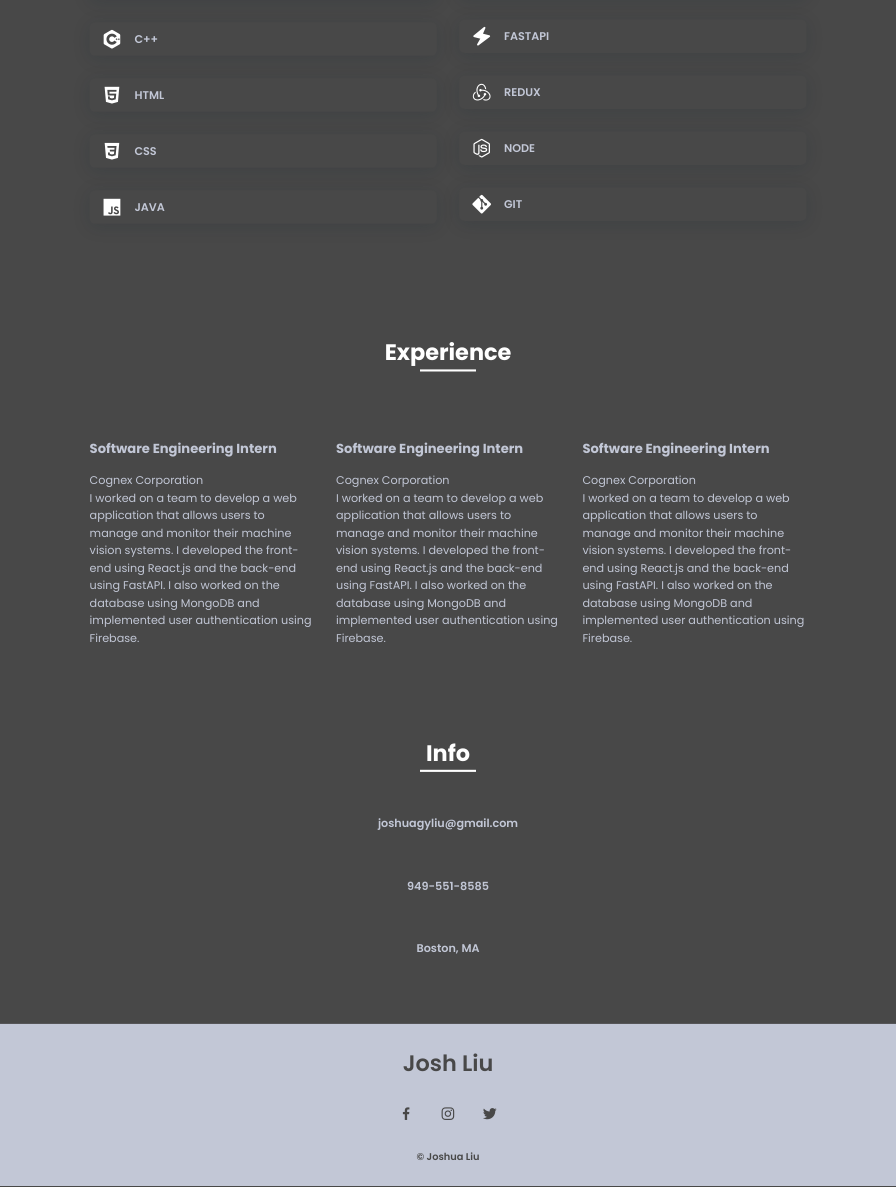
Repository: joshliu14/joshliu14.github.io
Page: index.html
The author's editor kept a copy of each file at every save. The page is drawn from the files as they stood at one save, then again after the next save.
The browser window is 1280 px wide. The pictures show the part of the page from y = 1764 to 3684 px (the page is 3459 px tall before and 3684 px after), at 70% of full size.

Above is the page before, as saved 2024-02-01 00:37:56.

### index.html
<!DOCTYPE html>
<html lang="en">
  <head>
    <meta charset="UTF-8" />
    <meta name="viewport" content="width=device-width, initial-scale=1.0" />

    <link rel="stylesheet" href="assets/css/web.css" />

    <!-- =====BOX ICONS===== -->
    <link
      href="https://unpkg.com/boxicons@2.1.4/css/boxicons.min.css"
      rel="stylesheet"
    />

    <title>Joshua Liu</title>
  </head>
  <body>
    <!--===== HEADER =====-->
    <header class="l-header">
      <nav class="nav bd-grid">
        <div>
          <a href="#" class="nav__logo">Joshua Liu</a>
        </div>

        <div class="nav__menu" id="nav-menu">
          <ul class="nav__list">
            <li class="nav__item">
              <a href="#home" class="nav__link active-link">Home</a>
            </li>
            <li class="nav__item">
              <a href="#about" class="nav__link">About</a>
            </li>
            <li class="nav__item">
              <a href="#skills" class="nav__link">Skills</a>
            </li>
            <li class="nav__item">
              <a href="#work" class="nav__link">Experience</a>
            </li>
            <li class="nav__item">
              <a href="#contact" class="nav__link">Info</a>
            </li>
          </ul>
        </div>

        <div class="nav__toggle" id="nav-toggle">
          <i class="bx bx-menu"></i>
        </div>
      </nav>
    </header>

    <main class="l-main">
      <!--===== HOME =====-->
      <section class="home bd-grid" id="home">
        <div class="home__data">
          <h1 class="home__title">
            Hi,<br />I'm <span class="home__title-color">Josh</span><br />
          </h1>

          <a href="resume.pdf" class="button">Resume</a>
        </div>

        <div class="home__social">
          <a
            href="https://www.linkedin.com/in/joshua-liu-727847208/"
            class="home__social-icon"
            ><i class="bx bxl-linkedin"></i
          ></a>
          <a href="" class="home__social-icon"
            ><i class="bx bxl-behance"></i
          ></a>
          <a href="https://github.com/joshliu14" class="home__social-icon"
            ><i class="bx bxl-github"></i
          ></a>
        </div>

        <div class="home__img">
          <svg
            class="home__blob"
            viewBox="0 0 479 467"
            xmlns="http://www.w3.org/2000/svg"
            xmlns:xlink="http://www.w3.org/1999/xlink"
          >
            <mask id="mask0" mask-type="alpha">
              <path
                d="M9.19024 145.964C34.0253 76.5814 114.865 54.7299 184.111 29.4823C245.804 6.98884 311.86 -14.9503 370.735 14.143C431.207 44.026 467.948 107.508 477.191 174.311C485.897 237.229 454.931 294.377 416.506 344.954C373.74 401.245 326.068 462.801 255.442 466.189C179.416 469.835 111.552 422.137 65.1576 361.805C17.4835 299.81 -17.1617 219.583 9.19024 145.964Z"
              />
            </mask>
            <g mask="url(#mask0)">
              <path
                d="M9.19024 145.964C34.0253 76.5814 114.865 54.7299 184.111 29.4823C245.804 6.98884 311.86 -14.9503 370.735 14.143C431.207 44.026 467.948 107.508 477.191 174.311C485.897 237.229 454.931 294.377 416.506 344.954C373.74 401.245 326.068 462.801 255.442 466.189C179.416 469.835 111.552 422.137 65.1576 361.805C17.4835 299.81 -17.1617 219.583 9.19024 145.964Z"
              />
              <image
                class="home__blob-img"
                x="30"
                y="65"
                href="assets/img/profile.png"
              />
            </g>
          </svg>
        </div>
      </section>

      <!--===== ABOUT =====-->
      <section class="about section" id="about">
        <h2 class="section-title">About</h2>

        <div class="about__container bd-grid">
          <div class="about__img">
            <img src="assets/img/about.png" alt="" />
          </div>

          <div>
            <h2 class="about__subtitle">I'm Josh</h2>
            <p class="about__text">
              I am currently a sophomore at Brandeis University pursuing a
              degree in Computer Science and Applied Mathematics. I am eager to
              contribute my programming skills to real-world scenarios, and I am
              actively seeking software engineering internship opportunities. My
              goal is to enhance my knowledge, apply theoretical concepts in
              practical settings, and contribute meaningfully to innovative
              projects.
            </p>
          </div>
        </div>
      </section>

      <!--===== SKILLS =====-->
      <section class="skills section" id="skills">
        <h2 class="section-title">Skills</h2>

        <div class="skills__container bd-grid">
          <div>
            <h2 class="skills__subtitle">Programming/Framework/Software Skills</h2>
            <p class="skills__text">
                I have experience with the following programming languages and
                frameworks. I am also familiar with software such as Git and
                Firebase. I am always eager to learn new technologies, languages,
                and frameworks to expand my skillset.
            </p>
            <div class="skills__data">
              <div class="skills__names">
                <i class="bx bxl-java skills__icon"></i>
                <span class="skills__name">JAVA</span>
              </div>
            </div>
            <div class="skills__data">
              <div class="skills__names">
                <i class="bx bxl-javascript skills__icon"></i>
                <span class="skills__name">JAVASCRIPT</span>
              </div>
            </div>
            <div class="skills__data">
              <div class="skills__names">
                <i class="bx bxl-python skills__icon"></i>
                <span class="skills__name">PYTHON</span>
              </div>
            </div>
            <div class="skills__data">
              <div class="skills__names">
                <i class="bx bxl-c-plus-plus skills__icon"></i>
                <span class="skills__name">C++</span>
              </div>
            </div>
            <div class="skills__data">
              <div class="skills__names">
                <i class="bx bxl-html5 skills__icon"></i>
                <span class="skills__name">HTML</span>
              </div>
            </div>
            <div class="skills__data">
              <div class="skills__names">
                <i class="bx bxl-css3 skills__icon"></i>
                <span class="skills__name">CSS</span>
              </div>
            </div>
            <div class="skills__data">
              <div class="skills__names">
                <i class="bx bxl-javascript skills__icon"></i>
                <span class="skills__name">JAVA</span>
              </div>
            </div>
          </div>
          <div class="skills__column2">
            <div class="skills__data">
              <div class="skills__names">
                <i class="bx bxl-react skills__icon"></i>
                <span class="skills__name">REACT.JS</span>
              </div>
            </div>
            <div class="skills__data">
              <div class="skills__names">
                <i class="bx bxl-firebase skills__icon"></i>
                <span class="skills__name">FIREBASE</span>
              </div>
            </div>
            <div class="skills__data">
              <div class="skills__names">
                <i class="bx bxl-mongodb skills__icon"></i>
                <span class="skills__name">MONGODB</span>
              </div>
            </div>
            <div class="skills__data">
              <div class="skills__names">
                <i class="bx bxs-zap skills__icon"></i>
                <span class="skills__name">FASTAPI</span>
              </div>
            </div>
            <div class="skills__data">
              <div class="skills__names">
                <i class="bx bxl-redux skills__icon"></i>
                <span class="skills__name">REDUX</span>
              </div>
            </div>
            <div class="skills__data">
              <div class="skills__names">
                <i class="bx bxl-nodejs skills__icon"></i>
                <span class="skills__name">NODE</span>
              </div>
            </div>
            <div class="skills__data">
              <div class="skills__names">
                <i class="bx bxl-git skills__icon"></i>
                <span class="skills__name">GIT</span>
              </div>
            </div>
          </div>
      </section>

      <!--===== Experience =====-->
      <section class="work section" id="work">
        <h2 class="section-title">Experience</h2>

        <div class="work__container bd-grid">
                <div>
                <h3 class="work__title">Software Engineering Intern</h3>
                <span class="work__subtitle">Cognex Corporation</span>
                <p class="work__description">
                    I worked on a team to develop a web application that allows
                    users to manage and monitor their machine vision systems. I
                    developed the front-end using React.js and the back-end using
                    FastAPI. I also worked on the database using MongoDB and
                    implemented user authentication using Firebase.
                </p>
                </div>
                <div>
                <h3 class="work__title">Software Engineering Intern</h3>
                <span class="work__subtitle">Cognex Corporation</span>
                <p class="work__description">
                    I worked on a team to develop a web application that allows
                    users to manage and monitor their machine vision systems. I
                    developed the front-end using React.js and the back-end using
                    FastAPI. I also worked on the database using MongoDB and
                    implemented user authentication using Firebase.
                </p>
                </div>
                <div>
                <h3 class="work__title">Software Engineering Intern</h3>
                <span class="work__subtitle">Cognex Corporation</span>
                <p class="work__description">
                    I worked on a team to develop a web application that allows
                    users to manage and monitor their machine vision systems. I
                    developed the front-end using React.js and the back-end using
                    FastAPI. I also worked on the database using MongoDB and
                    implemented user authentication using Firebase.
                </p>
                </div>
            </div>
        </div>
      </section>

      <!--===== CONTACT =====-->
      <section class="contact section" id="contact">
        <h2 class="section-title">Info</h2>
        <p class="contact__input">joshuagyliu@gmail.com</p>
        <p class="contact__input">949-551-8585</p>
        <p class="contact__input">Boston, MA</p>
      </section>
    </main>

    <!--===== FOOTER =====-->
    <footer class="footer">
      <p class="footer__title">Josh Liu</p>
      <div class="footer__social">
        <a href="https://www.facebook.com/josh.liu.9847" class="footer__icon"
          ><i class="bx bxl-facebook"></i
        ></a>
        <a href="https://www.instagram.com/joshliu_" class="footer__icon"
          ><i class="bx bxl-instagram"></i
        ></a>
        <a href="https://twitter.com/jahliu" class="footer__icon"
          ><i class="bx bxl-twitter"></i
        ></a>
      </div>
      <p class="footer__copy">&#169; Joshua Liu</p>
    </footer>

    <!--===== SCROLL REVEAL =====-->
    <script src="https://unpkg.com/scrollreveal"></script>

    <!--===== MAIN JS =====-->
    <script src="assets/js/main.js"></script>
  </body>
</html>

### assets/css/web.css
/*===== GOOGLE FONTS =====*/
@import url("https://fonts.googleapis.com/css2?family=Poppins:wght@400;600;700&display=swap");
/*===== VARIABLES CSS =====*/
:root {
  --header-height: 3rem;
  --font-semi: 600;
  /*===== Colores =====*/
  /*Purple 260 - Red 355 - Blue 224 - Pink 340*/
  /* HSL color mode */
  --hue-color: 224;
  --first-color: hsl(var(--hue-color), 0%, 100%);
  --second-color: hsl(var(--hue-color), 20%, 80%);
  /*===== Fuente y tipografia =====*/
  --body-font: "Poppins", sans-serif;
  --big-font-size: 2rem;
  --h2-font-size: 1.25rem;
  --normal-font-size: 0.938rem;
  --smaller-font-size: 0.75rem;
  /*===== Margenes =====*/
  --mb-2: 1rem;
  --mb-4: 2rem;
  --mb-5: 2.5rem;
  --mb-6: 3rem;
  /*===== z index =====*/
  --z-back: -10;
  --z-fixed: 100;
}
@media screen and (min-width: 968px) {
  :root {
    --big-font-size: 3.5rem;
    --h2-font-size: 2rem;
    --normal-font-size: 1rem;
    --smaller-font-size: 0.875rem;
  }
}

/*===== BASE =====*/
*,
::before,
::after {
  box-sizing: border-box;
}

html {
  scroll-behavior: smooth;
}

body {
  margin: var(--header-height) 0 0 0;
  font-family: var(--body-font);
  font-size: var(--normal-font-size);
  color: var(--second-color);
  background-color: #484848;
}

h1,
h2,
p {
  margin: 0;
}

ul {
  margin: 0;
  padding: 0;
  list-style: none;
}

a {
  text-decoration: none;
}

img {
  max-width: 100%;
  height: auto;
  display: block;
}

/*===== CLASS CSS ===== */
.section-title {
  position: relative;
  font-size: var(--h2-font-size);
  color: var(--first-color);
  margin-top: var(--mb-2);
  margin-bottom: var(--mb-4);
  text-align: center;
}
.section-title::after {
  position: absolute;
  content: "";
  width: 64px;
  height: 0.18rem;
  left: 0;
  right: 0;
  margin: auto;
  top: 2rem;
  background-color: var(--first-color);
}

.section {
  padding-top: 3rem;
  padding-bottom: 2rem;
}

/*===== LAYOUT =====*/
.bd-grid {
  max-width: 1024px;
  display: grid;
  margin-left: var(--mb-2);
  margin-right: var(--mb-2);
}

.l-header {
  width: 100%;
  position: fixed;
  top: 0;
  left: 0;
  z-index: var(--z-fixed);
  background-color: #484848;
  box-shadow: 0 1px 4px rgba(146, 161, 176, 0.15);
}

/*===== NAV =====*/
.nav {
  height: var(--header-height);
  display: flex;
  justify-content: space-between;
  align-items: center;
  font-weight: var(--font-semi);
}
@media screen and (max-width: 767px) {
  .nav__menu {
    position: fixed;
    top: var(--header-height);
    right: -100%;
    width: 80%;
    height: 100%;
    padding: 2rem;
    background-color: var(--second-color);
    transition: 0.5s;
  }
}
.nav__item {
  margin-bottom: var(--mb-4);
}
.nav__link {
  position: relative;
  color: #fff;
}
.nav__link:hover {
  position: relative;
}
.nav__link:hover::after {
  position: absolute;
  content: "";
  width: 100%;
  height: 0.18rem;
  left: 0;
  top: 2rem;
  background-color: var(--first-color);
}
.nav__logo {
  color: var(--second-color);
}
.nav__toggle {
  color: var(--second-color);
  font-size: 1.5rem;
  cursor: pointer;
}

/*Active menu*/
.active-link::after {
  position: absolute;
  content: "";
  width: 100%;
  height: 0.18rem;
  left: 0;
  top: 2rem;
  background-color: var(--first-color);
}

/*=== Show menu ===*/
.show {
  right: 0;
}

/*===== HOME =====*/
.home {
  position: relative;
  row-gap: 5rem;
  padding: 4rem 0 5rem;
}
.home__data {
  align-self: center;
}
.home__title {
  font-size: var(--big-font-size);
  margin-bottom: var(--mb-5);
}
.home__title-color {
  color: var(--first-color);
}
.home__social {
  display: flex;
  flex-direction: column;
}
.home__social-icon {
  width: max-content;
  margin-bottom: var(--mb-2);
  font-size: 1.5rem;
  color: var(--second-color);
}
.home__social-icon:hover {
  color: var(--first-color);
}
.home__img {
  position: absolute;
  right: 0;
  bottom: 0;
  width: 260px;
}
.home__blob {
  fill: var(--first-color);
}
.home__blob-img {
  width: 400px;
}

/*BUTTONS*/
.button {
  display: inline-block;
  background-color: var(--first-color);
  color: #000000;
  padding: 0.75rem 2.5rem;
  font-weight: var(--font-semi);
  border-radius: 0.5rem;
  transition: 0.3s;
}
.button:hover {
  box-shadow: 0px 10px 36px rgba(0, 0, 0, 0.15);
}

/* ===== ABOUT =====*/
.about__container {
  row-gap: 2rem;
  text-align: center;
}
.about__subtitle {
  margin-bottom: var(--mb-2);
}
.about__img {
  justify-self: center;
}
.about__img img {
  width: 200px;
  border-radius: 0.5rem;
}

/* ===== SKILLS =====*/
.skills__container {
  row-gap: 2rem;
  text-align: center;
}
.skills__column2 {
  margin-top: 210px;
}
.skills__subtitle {
  margin-bottom: var(--mb-2);
}
.skills__text {
  margin-bottom: var(--mb-4);
}
.skills__data {
  display: flex;
  justify-content: space-between;
  align-items: center;
  position: relative;
  font-weight: var(--font-semi);
  padding: 0.5rem 1rem;
  margin-bottom: var(--mb-4);
  border-radius: 0.5rem;
  box-shadow: 0px 4px 25px rgba(14, 36, 49, 0.15);
}
.skills__icon {
  font-size: 2rem;
  margin-right: var(--mb-2);
  color: var(--first-color);
}
.skills__names {
  display: flex;
  align-items: center;
}
.skills__bar {
  position: absolute;
  left: 0;
  bottom: 0;
  background-color: var(--first-color);
  height: 0.25rem;
  border-radius: 0.5rem;
  z-index: var(--z-back);
}
.skills__html {
  width: 95%;
}
.skills__css {
  width: 85%;
}
.skills__js {
  width: 65%;
}
.skills__ux {
  width: 85%;
}
.skills__img {
  border-radius: 0.5rem;
}

/* ===== WORK =====*/
.work__container {
  row-gap: 2rem;
}
.work__img {
  box-shadow: 0px 4px 25px rgba(14, 36, 49, 0.15);
  border-radius: 0.5rem;
  overflow: hidden;
}
.work__img img {
  transition: 1s;
}
.work__img img:hover {
  transform: scale(1.1);
}

/* ===== CONTACT =====*/
.contact__input {
  text-align: center;
  font-size: var(--normal-font-size);
  font-weight: var(--font-semi);
  padding: 1rem;
  margin-bottom: var(--mb-4);
}

/* ===== FOOTER =====*/
.footer {
  background-color: var(--second-color);
  color: #484848;
  text-align: center;
  font-weight: var(--font-semi);
  padding: 2rem 0;
}
.footer__title {
  font-size: 2rem;
  margin-bottom: var(--mb-4);
}
.footer__social {
  margin-bottom: var(--mb-4);
}
.footer__icon {
  font-size: 1.5rem;
  color: #484848;
  margin: 0 var(--mb-2);
}
.footer__copy {
  font-size: var(--smaller-font-size);
}

/* ===== MEDIA QUERIES=====*/
@media screen and (max-width: 320px) {
  .home {
    row-gap: 2rem;
  }
  .home__img {
    width: 200px;
  }
}
@media screen and (min-width: 576px) {
  .home {
    padding: 4rem 0 2rem;
  }
  .home__social {
    padding-top: 0;
    padding-bottom: 2.5rem;
    flex-direction: row;
    align-self: flex-end;
  }
  .home__social-icon {
    margin-bottom: 0;
    margin-right: var(--mb-4);
  }
  .home__img {
    width: 300px;
    bottom: 25%;
  }
  .about__container {
    grid-template-columns: repeat(2, 1fr);
    align-items: center;
    text-align: initial;
  }
  .skills__container {
    grid-template-columns: 0.7fr;
    justify-content: center;
    column-gap: 1rem;
  }
  .work__container {
    grid-template-columns: repeat(2, 1fr);
    column-gap: 2rem;
    padding-top: 2rem;
  }
}
@media screen and (min-width: 768px) {
  body {
    margin: 0;
  }
  .section {
    padding-top: 4rem;
    padding-bottom: 3rem;
  }
  .section-title {
    margin-bottom: var(--mb-6);
  }
  .section-title::after {
    width: 80px;
    top: 3rem;
  }
  .nav {
    height: calc(var(--header-height) + 1.5rem);
  }
  .nav__list {
    display: flex;
    padding-top: 0;
  }
  .nav__item {
    margin-left: var(--mb-6);
    margin-bottom: 0;
  }
  .nav__toggle {
    display: none;
  }
  .nav__link {
    color: var(--second-color);
  }
  .home {
    padding: 8rem 0 2rem;
  }
  .home__img {
    width: 400px;
    bottom: 10%;
  }
  .about__container {
    padding-top: 2rem;
  }
  .about__img img {
    width: 300px;
  }
  .skills__container {
    grid-template-columns: repeat(2, 1fr);
    column-gap: 2rem;
    align-items: center;
    text-align: initial;
  }
  .work__container {
    grid-template-columns: repeat(3, 1fr);
    column-gap: 2rem;
  }
}
@media screen and (min-width: 992px) {
  .bd-grid {
    margin-left: auto;
    margin-right: auto;
  }
  .home {
    padding: 10rem 0 2rem;
  }
  .home__img {
    width: 450px;
  }
}

### assets/js/main.js
/*===== MENU SHOW =====*/
const showMenu = (toggleId, navId) => {
  const toggle = document.getElementById(toggleId),
    nav = document.getElementById(navId);

  if (toggle && nav) {
    toggle.addEventListener("click", () => {
      nav.classList.toggle("show");
    });
  }
};
showMenu("nav-toggle", "nav-menu");

/*==================== REMOVE MENU MOBILE ====================*/
const navLink = document.querySelectorAll(".nav__link");

function linkAction() {
  const navMenu = document.getElementById("nav-menu");
  // When we click on each nav__link, we remove the show-menu class
  navMenu.classList.remove("show");
}
navLink.forEach((n) => n.addEventListener("click", linkAction));

/*==================== SCROLL SECTIONS ACTIVE LINK ====================*/
const sections = document.querySelectorAll("section[id]");

const scrollActive = () => {
  const scrollDown = window.scrollY;

  sections.forEach((current) => {
    const sectionHeight = current.offsetHeight,
      sectionTop = current.offsetTop - 58,
      sectionId = current.getAttribute("id"),
      sectionsClass = document.querySelector(
        ".nav__menu a[href*=" + sectionId + "]"
      );

    if (scrollDown > sectionTop && scrollDown <= sectionTop + sectionHeight) {
      sectionsClass.classList.add("active-link");
    } else {
      sectionsClass.classList.remove("active-link");
    }
  });
};
window.addEventListener("scroll", scrollActive);

/*===== SCROLL REVEAL ANIMATION =====*/
const sr = ScrollReveal({
  origin: "top",
  distance: "60px",
  duration: 2000,
  delay: 200,
  //     reset: true
});

sr.reveal(".home__data, .about__img, .skills__subtitle, .skills__text", {});
sr.reveal(".home__img, .about__subtitle, .about__text, .skills__img", {
  delay: 400,
});
sr.reveal(".home__social-icon", { interval: 200 });
sr.reveal(".skills__data, .work__img, .contact__input", { interval: 200 });

After the next save:
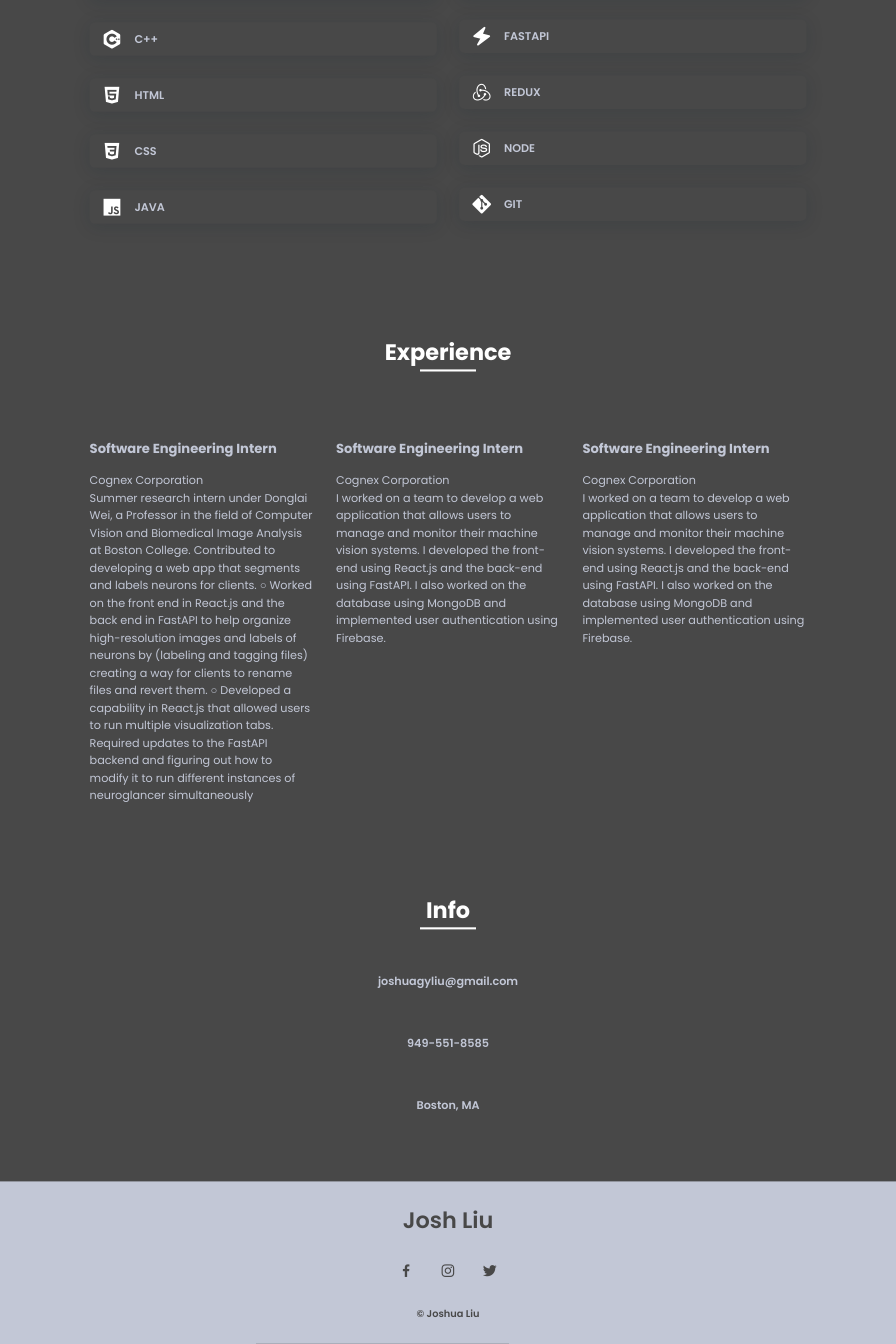
Saved 14 s later.
--- a/index.html
+++ b/index.html
@@ -235,11 +235,12 @@
                 <h3 class="work__title">Software Engineering Intern</h3>
                 <span class="work__subtitle">Cognex Corporation</span>
                 <p class="work__description">
-                    I worked on a team to develop a web application that allows
-                    users to manage and monitor their machine vision systems. I
-                    developed the front-end using React.js and the back-end using
-                    FastAPI. I also worked on the database using MongoDB and
-                    implemented user authentication using Firebase.
+                    Summer research intern under Donglai Wei, a Professor in the field of Computer Vision and Biomedical Image Analysis at
+Boston College. Contributed to developing a web app that segments and labels neurons for clients.
+○ Worked on the front end in React.js and the back end in FastAPI to help organize high-resolution images and labels of
+neurons by (labeling and tagging files) creating a way for clients to rename files and revert them.
+○ Developed a capability in React.js that allowed users to run multiple visualization tabs. Required updates to the FastAPI
+backend and figuring out how to modify it to run different instances of neuroglancer simultaneously
                 </p>
                 </div>
                 <div>
